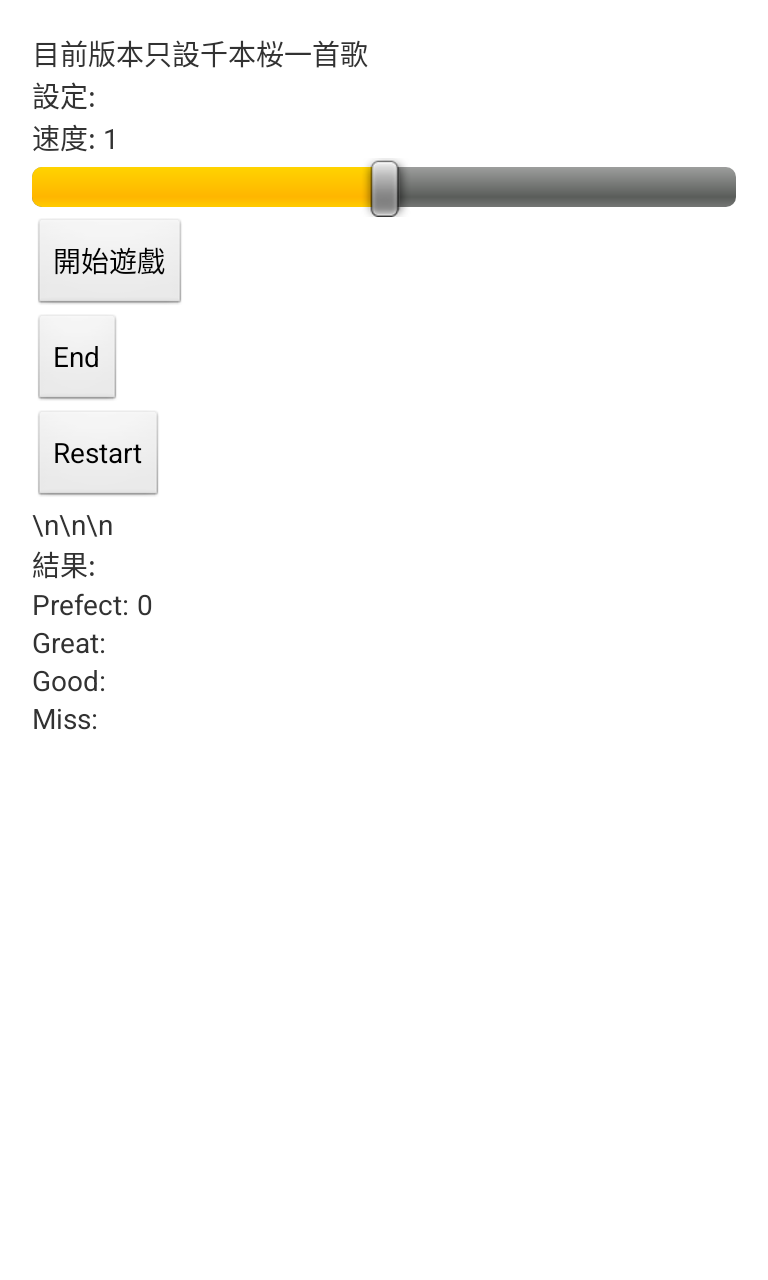
Repository: dogwong/marumaru
Layout: maimai_test/marumaru/res/layout/activity_main.xml
The author's editor kept a copy of each file at every save. The layout is drawn from the files as they stood at one save, then again after the next save.
It is drawn on a 768 x 1280 px phone screen (xhdpi) without system bars, with theme AppTheme; the app's code is not run.

Above is the layout before, as saved 2013-06-09 07:25:02.

### maimai_test/marumaru/res/layout/activity_main.xml
<LinearLayout xmlns:android="http://schemas.android.com/apk/res/android"
    xmlns:tools="http://schemas.android.com/tools"
    android:id="@+id/LinearLayout1"
    android:layout_width="match_parent"
    android:layout_height="match_parent"
    android:orientation="vertical"
    android:paddingBottom="@dimen/activity_vertical_margin"
    android:paddingLeft="@dimen/activity_horizontal_margin"
    android:paddingRight="@dimen/activity_horizontal_margin"
    android:paddingTop="@dimen/activity_vertical_margin"
    tools:context=".MainActivity" >

    <TextView
        android:id="@+id/textView1"
        android:layout_width="wrap_content"
        android:layout_height="wrap_content"
        android:text="目前版本只設千本桜一首歌" />

    <TextView
        android:id="@+id/textView2"
        android:layout_width="wrap_content"
        android:layout_height="wrap_content"
        android:text="設定:" />

    <TableRow
        android:id="@+id/tableRow1"
        android:layout_width="match_parent"
        android:layout_height="wrap_content" >

        <TextView
            android:id="@+id/textView3"
            android:layout_width="wrap_content"
            android:layout_height="wrap_content"
            android:text="速度: " />

        <TextView
            android:id="@+id/textView4"
            android:layout_width="wrap_content"
            android:layout_height="wrap_content"
            android:text="1" />

    </TableRow>

    <TableRow
        android:id="@+id/tableRow2"
        android:layout_width="match_parent"
        android:layout_height="wrap_content" >

        <SeekBar
            android:id="@+id/sbSpeed"
            android:layout_width="match_parent"
            android:layout_height="wrap_content"
            android:max="8"
            android:progress="4" />

    </TableRow>

    <Button
        android:id="@+id/btnStart"
        android:layout_width="wrap_content"
        android:layout_height="wrap_content"
        android:text="開始遊戲" />

    <Button
        android:id="@+id/btnEnd"
        android:layout_width="wrap_content"
        android:layout_height="wrap_content"
        android:text="End" />

    <Button
        android:id="@+id/btnRestart"
        android:layout_width="wrap_content"
        android:layout_height="wrap_content"
        android:text="Restart" />

    <TextView
        android:id="@+id/textView5"
        android:layout_width="wrap_content"
        android:layout_height="wrap_content"
        android:text="\n\n\n" />

    <TextView
        android:id="@+id/textView6"
        android:layout_width="wrap_content"
        android:layout_height="wrap_content"
        android:text="結果:" />

    <TableRow
        android:id="@+id/tableRow3"
        android:layout_width="match_parent"
        android:layout_height="wrap_content" >

        <TextView
            android:id="@+id/textView7"
            android:layout_width="wrap_content"
            android:layout_height="wrap_content"
            android:text="Prefect: " />

        <TextView
            android:id="@+id/tvPrefect"
            android:layout_width="wrap_content"
            android:layout_height="wrap_content"
            android:text="0" />

    </TableRow>

    <TableRow
        android:id="@+id/tableRow4"
        android:layout_width="match_parent"
        android:layout_height="wrap_content" >

        <TextView
            android:id="@+id/textView8"
            android:layout_width="wrap_content"
            android:layout_height="wrap_content"
            android:text="Great: " />

    </TableRow>

    <TableRow
        android:id="@+id/tableRow5"
        android:layout_width="match_parent"
        android:layout_height="wrap_content" >

        <TextView
            android:id="@+id/textView9"
            android:layout_width="wrap_content"
            android:layout_height="wrap_content"
            android:text="Good: " />

    </TableRow>

    <TableRow
        android:id="@+id/tableRow6"
        android:layout_width="match_parent"
        android:layout_height="wrap_content" >

        <TextView
            android:id="@+id/textView10"
            android:layout_width="wrap_content"
            android:layout_height="wrap_content"
            android:text="Miss: " />

    </TableRow>

</LinearLayout>

Loaded but not shown: maimai_test/marumaru/res/values/styles.xml (common file); maimai_test/marumaru/res/values/dimens.xml (common file)

After the next save:
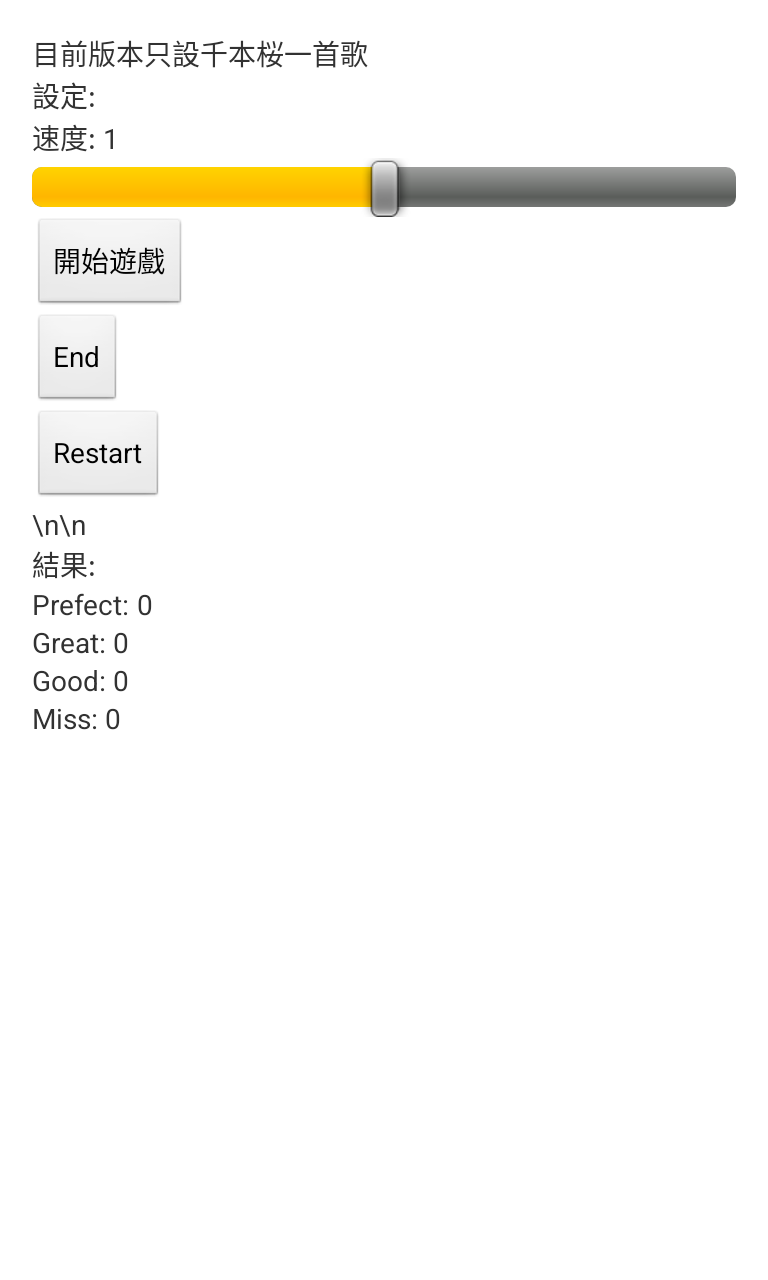
Saved 71 s later.
--- a/maimai_test/marumaru/res/layout/activity_main.xml
+++ b/maimai_test/marumaru/res/layout/activity_main.xml
@@ -77,7 +77,7 @@
         android:id="@+id/textView5"
         android:layout_width="wrap_content"
         android:layout_height="wrap_content"
-        android:text="\n\n\n" />
+        android:text="\n\n" />
 
     <TextView
         android:id="@+id/textView6"
@@ -115,6 +115,12 @@
             android:layout_height="wrap_content"
             android:text="Great: " />
 
+        <TextView
+            android:id="@+id/tvGreat"
+            android:layout_width="wrap_content"
+            android:layout_height="wrap_content"
+            android:text="0" />
+
     </TableRow>
 
     <TableRow
@@ -127,6 +133,12 @@
             android:layout_width="wrap_content"
             android:layout_height="wrap_content"
             android:text="Good: " />
+
+        <TextView
+            android:id="@+id/tvGood"
+            android:layout_width="wrap_content"
+            android:layout_height="wrap_content"
+            android:text="0" />
 
     </TableRow>
 
@@ -141,6 +153,12 @@
             android:layout_height="wrap_content"
             android:text="Miss: " />
 
+        <TextView
+            android:id="@+id/tvMiss"
+            android:layout_width="wrap_content"
+            android:layout_height="wrap_content"
+            android:text="0" />
+
     </TableRow>
 
 </LinearLayout>
